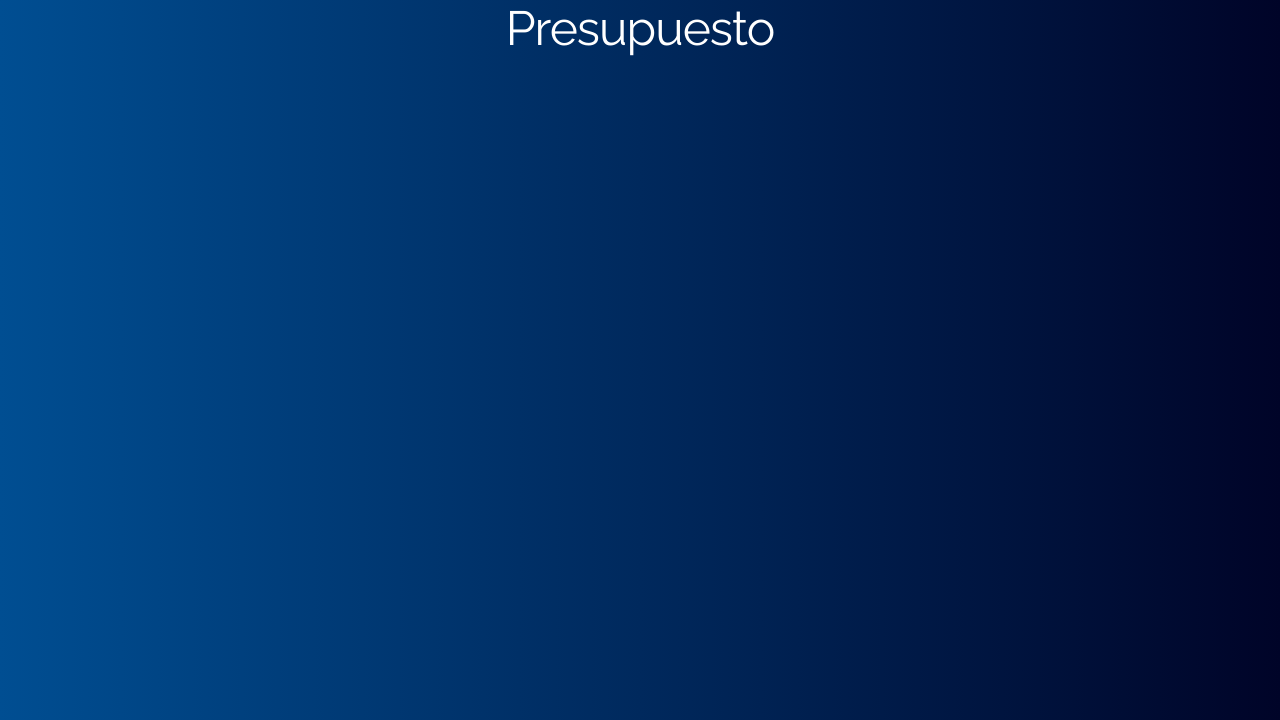
Repository: harrycampaz/presupuestos-react-hokks
Page: /
The author's editor kept a copy of each file at every save. The page is drawn from the files as they stood at one save, then again after a run of saves.
The browser window is 1280 px wide. The pictures show the whole page.
The project was rebuilt for these pictures with package versions that can differ from the ones it lists, and the page was loaded fresh each time.

Above is the page before, as saved 2020-01-21 13:54:30.

### public/index.html
<!DOCTYPE html>
<html lang="en">
  <head>
    <meta charset="utf-8" />
    <link rel="icon" href="%PUBLIC_URL%/favicon.ico" />
    <meta name="viewport" content="width=device-width, initial-scale=1" />
    <meta name="theme-color" content="#000000" />
    <meta
      name="description"
      content="Web site created using create-react-app"
    />
    <link rel="apple-touch-icon" href="%PUBLIC_URL%/logo192.png" />
    <!--
      manifest.json provides metadata used when your web app is installed on a
      user's mobile device or desktop. See https://developers.google.com/web/fundamentals/web-app-manifest/
    -->
    <link rel="manifest" href="%PUBLIC_URL%/manifest.json" />
    <link href="https://fonts.googleapis.com/css?family=Raleway:400,700&display=swap" rel="stylesheet">
    <link rel="stylesheet" href="/css/normalize.css">
    <link rel="stylesheet" href="/css/skeleton.css">
    <!--
      Notice the use of %PUBLIC_URL% in the tags above.
      It will be replaced with the URL of the `public` folder during the build.
      Only files inside the `public` folder can be referenced from the HTML.

      Unlike "/favicon.ico" or "favicon.ico", "%PUBLIC_URL%/favicon.ico" will
      work correctly both with client-side routing and a non-root public URL.
      Learn how to configure a non-root public URL by running `npm run build`.
    -->
    <title>React App</title>
  </head>
  <body>
    <noscript>You need to enable JavaScript to run this app.</noscript>
    <div id="root"></div>
    <!--
      This HTML file is a template.
      If you open it directly in the browser, you will see an empty page.

      You can add webfonts, meta tags, or analytics to this file.
      The build step will place the bundled scripts into the <body> tag.

      To begin the development, run `npm start` or `yarn start`.
      To create a production bundle, use `npm run build` or `yarn build`.
    -->
  </body>
</html>

### src/App.js
import React from 'react';
import Header from './components/ui/Header';


function App() {
  return (
    <div className="App container">
     <Header titulo = "Presupuesto"/>
    </div>
  );
}

export default App;

### src/components/ui/Header.js
import React from 'react';

function Header({titulo}) {
    return (
    <h1>{titulo}</h1>
    );
}

export default Header;

### public/css/skeleton.css
/*
* Skeleton V2.0.4
* Copyright 2014, Dave Gamache
* www.getskeleton.com
* Free to use under the MIT license.
* http://www.opensource.org/licenses/mit-license.php
* 12/29/2014
*/


/* Table of contents
––––––––––––––––––––––––––––––––––––––––––––––––––
- Grid
- Base Styles
- Typography
- Links
- Buttons
- Forms
- Lists
- Code
- Tables
- Spacing
- Utilities
- Clearing
- Media Queries
*/


/* Grid
–––––––––––––––––––––––––––––––––––––––––––––––––– */
.container {
  position: relative;
  width: 100%;
  max-width: 960px;
  margin: 0 auto;
  padding: 0 20px;
  box-sizing: border-box; }
.column,
.columns {
  width: 100%;
  float: left;
  box-sizing: border-box; }

/* For devices larger than 400px */
@media (min-width: 400px) {
  .container {
    width: 85%;
    padding: 0; }
}

/* For devices larger than 550px */
@media (min-width: 550px) {
  .container {
    width: 80%; }
  .column,
  .columns {
    margin-left: 4%; }
  .column:first-child,
  .columns:first-child {
    margin-left: 0; }

  .one.column,
  .one.columns                    { width: 4.66666666667%; }
  .two.columns                    { width: 13.3333333333%; }
  .three.columns                  { width: 22%;            }
  .four.columns                   { width: 30.6666666667%; }
  .five.columns                   { width: 39.3333333333%; }
  .six.columns                    { width: 48%;            }
  .seven.columns                  { width: 56.6666666667%; }
  .eight.columns                  { width: 65.3333333333%; }
  .nine.columns                   { width: 74.0%;          }
  .ten.columns                    { width: 82.6666666667%; }
  .eleven.columns                 { width: 91.3333333333%; }
  .twelve.columns                 { width: 100%; margin-left: 0; }

  .one-third.column               { width: 30.6666666667%; }
  .two-thirds.column              { width: 65.3333333333%; }

  .one-half.column                { width: 48%; }

  /* Offsets */
  .offset-by-one.column,
  .offset-by-one.columns          { margin-left: 8.66666666667%; }
  .offset-by-two.column,
  .offset-by-two.columns          { margin-left: 17.3333333333%; }
  .offset-by-three.column,
  .offset-by-three.columns        { margin-left: 26%;            }
  .offset-by-four.column,
  .offset-by-four.columns         { margin-left: 34.6666666667%; }
  .offset-by-five.column,
  .offset-by-five.columns         { margin-left: 43.3333333333%; }
  .offset-by-six.column,
  .offset-by-six.columns          { margin-left: 52%;            }
  .offset-by-seven.column,
  .offset-by-seven.columns        { margin-left: 60.6666666667%; }
  .offset-by-eight.column,
  .offset-by-eight.columns        { margin-left: 69.3333333333%; }
  .offset-by-nine.column,
  .offset-by-nine.columns         { margin-left: 78.0%;          }
  .offset-by-ten.column,
  .offset-by-ten.columns          { margin-left: 86.6666666667%; }
  .offset-by-eleven.column,
  .offset-by-eleven.columns       { margin-left: 95.3333333333%; }

  .offset-by-one-third.column,
  .offset-by-one-third.columns    { margin-left: 34.6666666667%; }
  .offset-by-two-thirds.column,
  .offset-by-two-thirds.columns   { margin-left: 69.3333333333%; }

  .offset-by-one-half.column,
  .offset-by-one-half.columns     { margin-left: 52%; }

}


/* Base Styles
–––––––––––––––––––––––––––––––––––––––––––––––––– */
/* NOTE
html is set to 62.5% so that all the REM measurements throughout Skeleton
are based on 10px sizing. So basically 1.5rem = 15px :) */
html {
  font-size: 62.5%; }
body {
  font-size: 1.5em; /* currently ems cause chrome bug misinterpreting rems on body element */
  line-height: 1.6;
  font-weight: 400;
  font-family: "Raleway", "HelveticaNeue", "Helvetica Neue", Helvetica, Arial, sans-serif;
  color: #222; }


/* Typography
–––––––––––––––––––––––––––––––––––––––––––––––––– */
h1, h2, h3, h4, h5, h6 {
  margin-top: 0;
  margin-bottom: 2rem;
  font-weight: 300; }
h1 { font-size: 4.0rem; line-height: 1.2;  letter-spacing: -.1rem;}
h2 { font-size: 3.6rem; line-height: 1.25; letter-spacing: -.1rem; }
h3 { font-size: 3.0rem; line-height: 1.3;  letter-spacing: -.1rem; }
h4 { font-size: 2.4rem; line-height: 1.35; letter-spacing: -.08rem; }
h5 { font-size: 1.8rem; line-height: 1.5;  letter-spacing: -.05rem; }
h6 { font-size: 1.5rem; line-height: 1.6;  letter-spacing: 0; }

/* Larger than phablet */
@media (min-width: 550px) {
  h1 { font-size: 5.0rem; }
  h2 { font-size: 4.2rem; }
  h3 { font-size: 3.6rem; }
  h4 { font-size: 3.0rem; }
  h5 { font-size: 2.4rem; }
  h6 { font-size: 1.5rem; }
}

p {
  margin-top: 0; }


/* Links
–––––––––––––––––––––––––––––––––––––––––––––––––– */
a {
  color: #1EAEDB; }
a:hover {
  color: #0FA0CE; }


/* Buttons
–––––––––––––––––––––––––––––––––––––––––––––––––– */
.button,
button,
input[type="submit"],
input[type="reset"],
input[type="button"] {
  display: inline-block;
  height: 38px;
  padding: 0 30px;
  color: #555;
  text-align: center;
  font-size: 11px;
  font-weight: 600;
  line-height: 38px;
  letter-spacing: .1rem;
  text-transform: uppercase;
  text-decoration: none;
  white-space: nowrap;
  background-color: transparent;
  border-radius: 4px;
  border: 1px solid #bbb;
  cursor: pointer;
  box-sizing: border-box; }
.button:hover,
button:hover,
input[type="submit"]:hover,
input[type="reset"]:hover,
input[type="button"]:hover,
.button:focus,
button:focus,
input[type="submit"]:focus,
input[type="reset"]:focus,
input[type="button"]:focus {
  color: #333;
  border-color: #888;
  outline: 0; }
.button.button-primary,
button.button-primary,
input[type="submit"].button-primary,
input[type="reset"].button-primary,
input[type="button"].button-primary {
  color: #FFF;
  background-color: #33C3F0;
  border-color: #33C3F0; }
.button.button-primary:hover,
button.button-primary:hover,
input[type="submit"].button-primary:hover,
input[type="reset"].button-primary:hover,
input[type="button"].button-primary:hover,
.button.button-primary:focus,
button.button-primary:focus,
input[type="submit"].button-primary:focus,
input[type="reset"].button-primary:focus,
input[type="button"].button-primary:focus {
  color: #FFF;
  background-color: #1EAEDB;
  border-color: #1EAEDB; }


/* Forms
–––––––––––––––––––––––––––––––––––––––––––––––––– */
input[type="email"],
input[type="number"],
input[type="search"],
input[type="text"],
input[type="tel"],
input[type="url"],
input[type="password"],
textarea,
select {
  height: 38px;
  padding: 6px 10px; /* The 6px vertically centers text on FF, ignored by Webkit */
  background-color: #fff;
  border: 1px solid #D1D1D1;
  border-radius: 4px;
  box-shadow: none;
  box-sizing: border-box; }
/* Removes awkward default styles on some inputs for iOS */
input[type="email"],
input[type="number"],
input[type="search"],
input[type="text"],
input[type="tel"],
input[type="url"],
input[type="password"],
textarea {
  -webkit-appearance: none;
     -moz-appearance: none;
          appearance: none; }
textarea {
  min-height: 65px;
  padding-top: 6px;
  padding-bottom: 6px; }
input[type="email"]:focus,
input[type="number"]:focus,
input[type="search"]:focus,
input[type="text"]:focus,
input[type="tel"]:focus,
input[type="url"]:focus,
input[type="password"]:focus,
textarea:focus,
select:focus {
  border: 1px solid #33C3F0;
  outline: 0; }
label,
legend {
  display: block;
  margin-bottom: .5rem;
  font-weight: 600; }
fieldset {
  padding: 0;
  border-width: 0; }
input[type="checkbox"],
input[type="radio"] {
  display: inline; }
label > .label-body {
  display: inline-block;
  margin-left: .5rem;
  font-weight: normal; }


/* Lists
–––––––––––––––––––––––––––––––––––––––––––––––––– */
ul {
  list-style: circle inside; }
ol {
  list-style: decimal inside; }
ol, ul {
  padding-left: 0;
  margin-top: 0; }
ul ul,
ul ol,
ol ol,
ol ul {
  margin: 1.5rem 0 1.5rem 3rem;
  font-size: 90%; }
li {
  margin-bottom: 1rem; }


/* Code
–––––––––––––––––––––––––––––––––––––––––––––––––– */
code {
  padding: .2rem .5rem;
  margin: 0 .2rem;
  font-size: 90%;
  white-space: nowrap;
  background: #F1F1F1;
  border: 1px solid #E1E1E1;
  border-radius: 4px; }
pre > code {
  display: block;
  padding: 1rem 1.5rem;
  white-space: pre; }


/* Tables
–––––––––––––––––––––––––––––––––––––––––––––––––– */
th,
td {
  padding: 12px 15px;
  text-align: left;
  border-bottom: 1px solid #E1E1E1; }
th:first-child,
td:first-child {
  padding-left: 0; }
th:last-child,
td:last-child {
  padding-right: 0; }


/* Spacing
–––––––––––––––––––––––––––––––––––––––––––––––––– */
button,
.button {
  margin-bottom: 1rem; }
input,
textarea,
select,
fieldset {
  margin-bottom: 1.5rem; }
pre,
blockquote,
dl,
figure,
table,
p,
ul,
ol,
form {
  margin-bottom: 2.5rem; }


/* Utilities
–––––––––––––––––––––––––––––––––––––––––––––––––– */
.u-full-width {
  width: 100%;
  box-sizing: border-box; }
.u-max-full-width {
  max-width: 100%;
  box-sizing: border-box; }
.u-pull-right {
  float: right; }
.u-pull-left {
  float: left; }


/* Misc
–––––––––––––––––––––––––––––––––––––––––––––––––– */
hr {
  margin-top: 3rem;
  margin-bottom: 3.5rem;
  border-width: 0;
  border-top: 1px solid #E1E1E1; }


/* Clearing
–––––––––––––––––––––––––––––––––––––––––––––––––– */

/* Self Clearing Goodness */
.container:after,
.row:after,
.u-cf {
  content: "";
  display: table;
  clear: both; }


/* Media Queries
–––––––––––––––––––––––––––––––––––––––––––––––––– */
/*
Note: The best way to structure the use of media queries is to create the queries
near the relevant code. For example, if you wanted to change the styles for buttons
on small devices, paste the mobile query code up in the buttons section and style it
there.
*/


/* Larger than mobile */
@media (min-width: 400px) {}

/* Larger than phablet (also point when grid becomes active) */
@media (min-width: 550px) {}

/* Larger than tablet */
@media (min-width: 750px) {}

/* Larger than desktop */
@media (min-width: 1000px) {}

/* Larger than Desktop HD */
@media (min-width: 1200px) {}

### src/components/Main.js
import React, { Fragment } from 'react';

function Main(props) {
    return (
       <Fragment>
           <h2>Presupuesto</h2>

           <form action="">
               <input type="number"
               name="presupuesto"
               id="presupuesto"
               className="u-full-width"
               placeholder="Agrega presupuesto"
               onChange={}
               />

               <input type="submit" value="Guardar presupuesto" className="button-primary u-full-width"/>
           </form>
       </Fragment>
    );
}

export default Main;

Loaded but not shown: src/index.js (common file); src/index.css (common file); src/serviceWorker.js (common file); public/css/normalize.css (library)

After the next 2 saves:
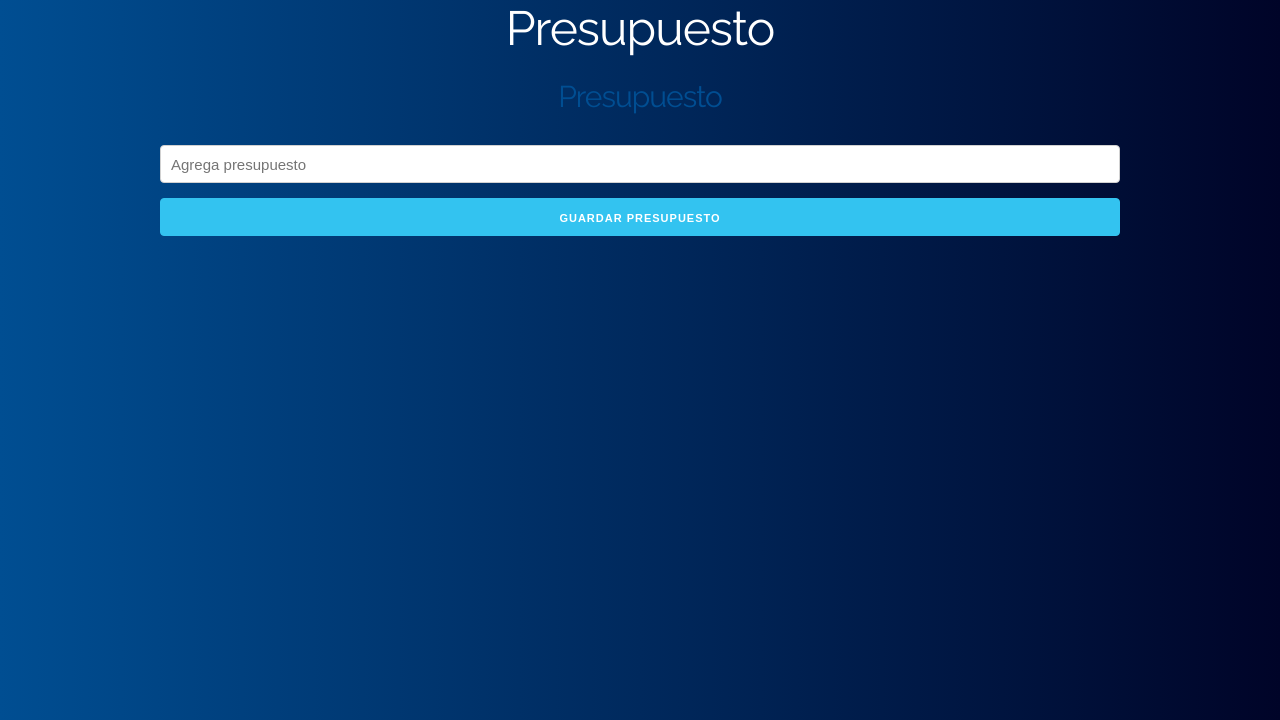
The 2 saves are shown as one change because 1 did not build or start.
The last was saved 24 s later.
--- a/src/App.js
+++ b/src/App.js
@@ -1,11 +1,13 @@
 import React from 'react';
 import Header from './components/ui/Header';
+import Main from './components/Main';
 
 
 function App() {
   return (
     <div className="App container">
      <Header titulo = "Presupuesto"/>
+     <Main/>
     </div>
   );
 }
--- a/src/components/Main.js
+++ b/src/components/Main.js
@@ -11,7 +11,7 @@ function Main(props) {
                id="presupuesto"
                className="u-full-width"
                placeholder="Agrega presupuesto"
-               onChange={}
+              // onChange={}
                />
 
                <input type="submit" value="Guardar presupuesto" className="button-primary u-full-width"/>
